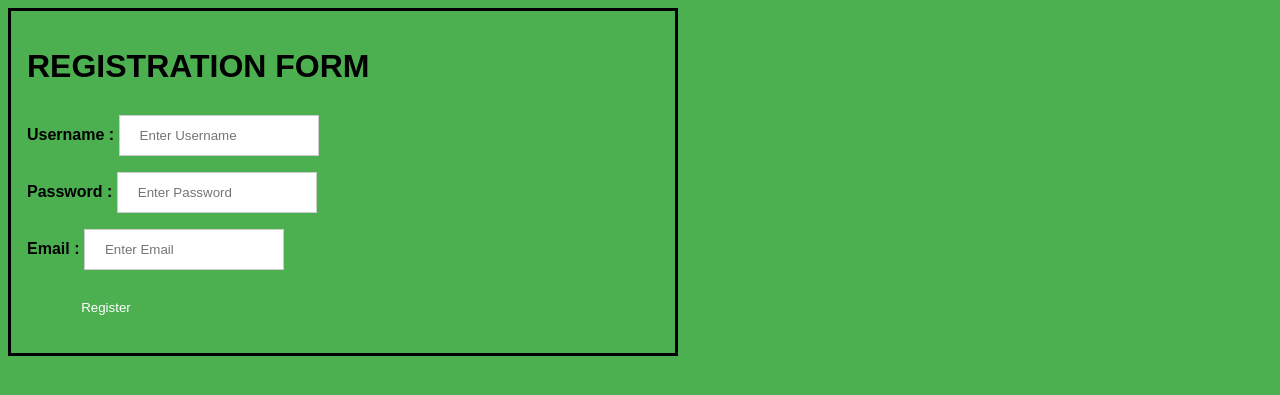
Repository: mugdha97/JSPServlet
Page: http://localhost/loginPage/register.jsp
The author's editor kept a copy of each file at every save. The page is drawn from the files as they stood at one save, then again after the next save.
The browser window is 1280 px wide. The pictures show the whole page.
The page is served by Tomcat 9. Other server files are loaded and not shown.

Above is the page before, as saved 2019-10-22 07:00:42.

### loginPage/WebContent/register.jsp
<%@ page language="java" contentType="text/html; charset=UTF-8"
    pageEncoding="UTF-8"%>
<!DOCTYPE html>
<html>
<head>
<meta charset="UTF-8">
<title>Insert title here</title>
<link rel="stylesheet" href="login.css"> <!-- add css files -->
</head>
</head>
<body>

<div class="container">
<form action="Register" method="post">
		<div><h1> REGISTRATION FORM</h1></div>
      <label for="uname"><b>Username : </b></label>
      <input type="text" placeholder="Enter Username" name="name" required><br>

      <label for="psw"><b>Password : </b></label>
      <input type="password" placeholder="Enter Password" name="password" required><br>

	  <label for="mail"><b>Email : </b></label>
	  <input type="text" placeholder="Enter Email" name="email" pattern="[a-z0-9._%+-]+@[a-z0-9.-]+\.[a-z]{2,4}$" required><br>

      <button type="submit"value="Register">Register</button>

     </form>
    </div>
</body>
</html>

### loginPage/WebContent/login.css
body {font-family: Arial, Helvetica, sans-serif;
 background-color: #4CAF50;}

/* Full-width input fields */
input[type=text], input[type=password] {
  width: 25%;
  padding: 12px 20px;
  margin: 8px 0;
  display: inline-block;
  border: 1px solid #ccc;

}

/* Set a style for all buttons */
button {
  background-color: #4CAF50;
  color: white;
  padding: 14px 20px;
  margin: 8px 0;
  border: none;
  cursor: pointer;
  width: 25%;
}

button:hover {
  opacity: 0.8;
}

/* Extra styles for the cancel button */


.container {
  padding: 16px;
 border-style: solid;
 width:50%;
}

span.psw {
  float: right;
  padding-top: 16px;
}

/* The Modal (background) */
.modal {
  display: none; /* Hidden by default */
  position: fixed; /* Stay in place */
  z-index: 1; /* Sit on top */
  left: 0;
  top: 0;
  width: 100%; /* Full width */
  height: 100%; /* Full height */
  overflow: auto; /* Enable scroll if needed */
  background-color: rgb(0,0,0); /* Fallback color */
  background-color: rgba(0,0,0,0.4); /* Black w/ opacity */
  padding-top: 60px;
}

/* Modal Content/Box */
.modal-content {
  background-color: #fefefe;
  margin: 5% auto 15% auto; /* 5% from the top, 15% from the bottom and centered */
  border: 1px solid #888;
  width: 80%; /* Could be more or less, depending on screen size */
}

/* The Close Button (x) */
.close {
  position: absolute;
  right: 25px;
  top: 0;
  color: #000;
  font-size: 35px;
  font-weight: bold;
}

.close:hover,
.close:focus {
  color: red;
  cursor: pointer;
}

After the next save:
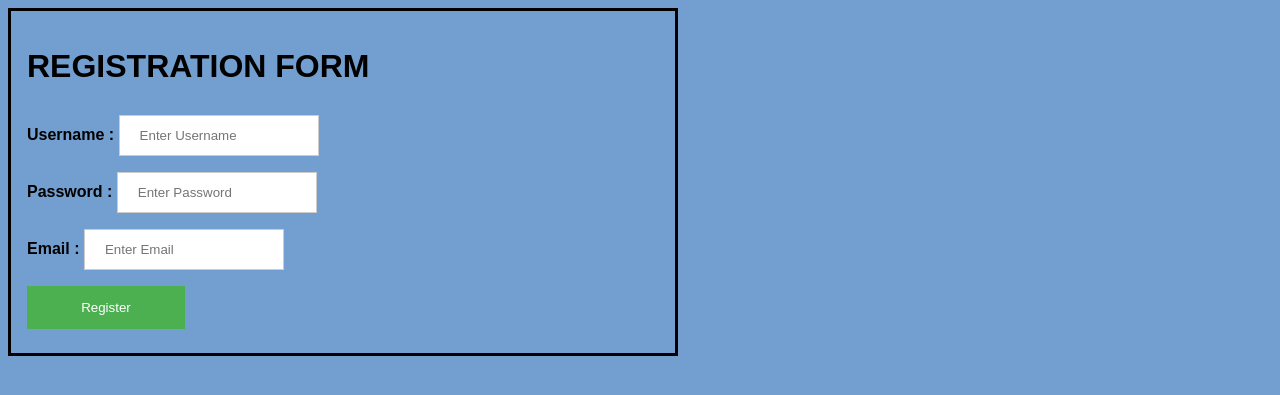
Saved 9 s later.
--- a/loginPage/WebContent/login.css
+++ b/loginPage/WebContent/login.css
@@ -1,5 +1,5 @@
 body {font-family: Arial, Helvetica, sans-serif;
- background-color: #4CAF50;}
+ background-color: #729fcf;}
 
 /* Full-width input fields */
 input[type=text], input[type=password] {
